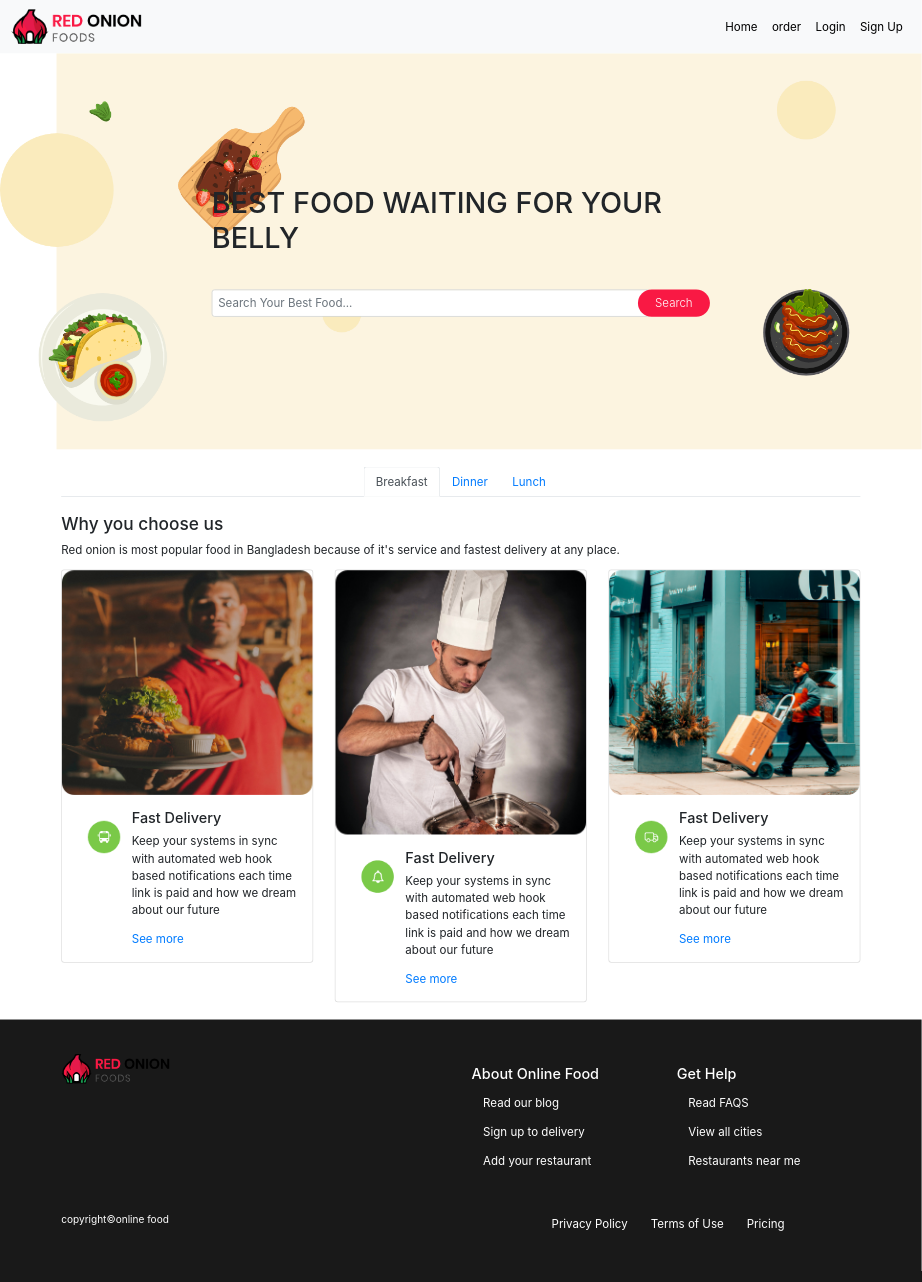
Repository: arif286/red-onion-client
Page: /
The author's editor kept a copy of each file at every save. The page is drawn from the files as they stood at one save, then again after the next save.
The browser window is 1280 px wide. The pictures show the whole page, at 72% of full size.
The page's requests for data from a server got no answer. The project was rebuilt for these pictures with package versions that can differ from the ones it lists, and the page was loaded fresh each time. Some packages were replaced by stand-ins written for this rebuild. No one was signed in, and anything a server would have sent is missing. Also part of the build but not shown: src/App.css, src/components/CheckOut/CheckOut.css, src/components/CheckOut/CheckOutForm/CheckOutFrom.js, src/components/CheckOut/CheckOut.js, src/components/FoodDetails/FoodDetail.css, src/components/FoodDetails/FoodDetail.js, src/components/Food/FoodItem.js, src/components/Order/Order.js and 7 more. Imported but missing from the stored project, and not drawn on this page: src/components/CheckOut/Map/Map.

Above is the page before, as saved 2021-04-07 03:21:30.

### public/index.html
<!DOCTYPE html>
<html lang="en">
  <head>
    <meta charset="utf-8" />
    <link rel="icon" href="%PUBLIC_URL%/favicon.ico" />
    <meta name="viewport" content="width=device-width, initial-scale=1" />
    <meta name="theme-color" content="#000000" />
    <meta
      name="description"
      content="Web site created using create-react-app"
    />
    <link rel="apple-touch-icon" href="%PUBLIC_URL%/logo192.png" />
    <!--
      manifest.json provides metadata used when your web app is installed on a
      user's mobile device or desktop. See https://developers.google.com/web/fundamentals/web-app-manifest/
    -->
    <link rel="manifest" href="%PUBLIC_URL%/manifest.json" />

    <!-- <link
      href="https://api.tiles.mapbox.com/mapbox-gl-js/v2.1.1/mapbox-gl.css"
      rel="stylesheet"
    /> -->
    <!--
      Notice the use of %PUBLIC_URL% in the tags above.
      It will be replaced with the URL of the `public` folder during the build.
      Only files inside the `public` folder can be referenced from the HTML.

      Unlike "/favicon.ico" or "favicon.ico", "%PUBLIC_URL%/favicon.ico" will
      work correctly both with client-side routing and a non-root public URL.
      Learn how to configure a non-root public URL by running `npm run build`.
    -->
    <title>Red Onion</title>
  </head>
  <body>
    <noscript>You need to enable JavaScript to run this app.</noscript>
    <div id="root"></div>
    <!--
      This HTML file is a template.
      If you open it directly in the browser, you will see an empty page.

      You can add webfonts, meta tags, or analytics to this file.
      The build step will place the bundled scripts into the <body> tag.

      To begin the development, run `npm start` or `yarn start`.
      To create a production bundle, use `npm run build` or `yarn build`.
    -->
  </body>
</html>

### src/App.js
import "bootstrap/dist/css/bootstrap.min.css";
import React, { createContext, useState } from "react";
import { BrowserRouter as Router, Route, Switch } from "react-router-dom";
import './App.css';
import CheckOut from "./components/CheckOut/CheckOut";
import FoodDetail from "./components/FoodDetails/FoodDetail";
import Footer from "./components/Footer/Footer";
import Header from "./components/Header/Header";
import Home from './components/Home/Home';
import Order from "./components/Order/Order";
import SingUp from "./components/SingUp/SingUp";


export const UserContext = createContext();
function App() {
  const [loggedInUser, setLoggedInUser] = useState({});
  return (
    <UserContext.Provider value={[loggedInUser, setLoggedInUser]}>
      <Router>
        <Header />
        <Switch>
          <Route path="/home">
            <Home />
          </Route>
          <Route path="/signUp">
            <SingUp />
          </Route>
          <Route path="/food/details/:foodId">
            <FoodDetail />
          </Route>
          <Route path='/checkOut'>
            <CheckOut/>
          </Route>
          <Route path='/order'>
            <Order/>
          </Route>
          <Route exact path="/">
            <Home/>
          </Route>
        </Switch>
        <Footer />
      </Router>
    </UserContext.Provider>
  );

}

export default App;

### src/components/Footer/Footer.js
import React from 'react';
import { NavLink } from 'react-bootstrap';
import Logo from '../../onion-restaurent/logo2.png';
import './Footer.css';

const Footer = () => {
    return (
      <footer>
        <div className="container">
          <div className="row pt-5">
            <div className="col-md-6 col-sm-12 pb-4">
              <img className="footer-img" src={Logo} alt="" />
            </div>
            <div className="col-md-3 col-sm-12 pb-4 mt-3">
              <h5 style={{color:'white'}}>About Online Food</h5>
              <ul className="nav flex-column">

                <li className="nav-item">
                  <NavLink className="nav-link footer-link" to="/">
                    Read our blog
                  </NavLink>
                </li>
                <li className="nav-item">
                  <NavLink className="nav-link footer-link" to="/">
                    Sign up to delivery
                  </NavLink>
                </li>
                <li className="nav-item">
                  <NavLink className="nav-link footer-link" to="/">
                    Add your restaurant
                  </NavLink>
                </li>
              </ul>
            </div>
            <div className="col-md-3 col-sm-12 pb-4 mt-3">
              <h5 style={{color:'white'}}>Get Help</h5>
              <ul className="nav flex-column">
                <li className="nav-item">
                  <NavLink className="nav-link footer-link" to="/">
                    Read FAQS
                  </NavLink>
                </li>
                <li className="nav-item">
                  <NavLink className="nav-link footer-link" to="/">
                    View all cities
                  </NavLink>
                </li>
                <li className="nav-item">
                  <NavLink className="nav-link footer-link" to="/">
                    Restaurants near me
                  </NavLink>
                </li>
              </ul>
            </div>
          </div>

          <div className="row align-items-center mt-4">
            <div className="col-md-7">
              <p className='copy-right'>
                <small>
                  copyright<span>&#169;</span>online food
                </small>
              </p>
            </div>
            <div className="col-md-5">
              <div className='d-flex'>
                <NavLink className="footer-link">Privacy Policy</NavLink>
                <NavLink className="footer-link">Terms of Use</NavLink>
                <NavLink className="footer-link">Pricing</NavLink>
              </div>
            </div>
          </div>
        </div>
      </footer>
    );
};

export default Footer;

### src/components/Header/Header.js
import React from 'react';
import { Nav, Navbar } from 'react-bootstrap';
import { NavLink } from 'react-router-dom';
// import { NavLink } from "react-router-dom";
import logo from '../../onion-restaurent/logo2.png';
import './Header.css';
const Header = () => {

    return (
      <div>
        <Navbar bg="light" expand="lg">
          <Navbar.Brand href="#home">
            <img
              src={logo}
              width="180"
              className="d-inline-block align-top"
              alt="React Bootstrap logo"
            />
          </Navbar.Brand>
          <Navbar.Toggle aria-controls="basic-navbar-nav" />
          <Navbar.Collapse id="basic-navbar-nav">
            <Nav className="ml-auto">
              <NavLink className="header-link" to="/home">
                Home
              </NavLink>
              <NavLink className="header-link" to="/order">
                order
              </NavLink>
              <NavLink className="header-link" to="/login">
                Login
              </NavLink>
              <NavLink className="header-link" to="/signUp">
                Sign Up
              </NavLink>
            </Nav>
          </Navbar.Collapse>
        </Navbar>
      </div>
    );
};

export default Header;

### src/components/Home/Home.js
import React from 'react';
import DeliveryFood from '../DeliveryFood/DeliveryFood';
import Food from '../Food/Food';
import SearchBar from '../SearchBar/SearchBar';

const Home = () => {
    return (
      <>
        <SearchBar/>
        <Food />
        <DeliveryFood />
      </>
    );
};

export default Home;

### src/components/SearchBar/SearchBar.js
import React from 'react';
import { Col, Row } from 'react-bootstrap';
import background from '../../onion-restaurent/bannerbackground.png';
import './SearchBar.css';


const SearchBar = () => {
    const searchBg = {
        bgImage: {
            backgroundImage: `url(${background})`,
            backgroundRepeat: 'no-repeat, repeat',
            width: '100%',
            height: '550px',
            backgroundSize: 'cover'
        },
        submitBtn: {

        },
        searchBar: {
            width: '50%'
        }
    }
    return (
      <div
        className="d-flex justify-content-center align-items-center"
        style={searchBg.bgImage}
      >
          <Row className='justify-content-around'>
            <Col xs={11}>
              <h1 style={{textTransform:'uppercase'}}>Best food waiting for your belly</h1>
              <div className="d-flex mt-5">
                <input
                  className="form-control searchBar"
                  type="text"
                  placeholder="Search Your Best Food..."
                />
                <input className="search-btn" type="submit" value="Search" />
              </div>
            </Col>
          </Row>
      </div>
    );
};

export default SearchBar;

### src/components/Footer/Footer.css
.footer-img {
  width: 150px;
}
footer {
  background-color: #191919;
  padding-bottom: 60px;
}
.footer-link {
  color: white;
}
.footer-link:hover {
  color: #878787;
}
.copy-right {
  color: white;
}

### src/components/Header/Header.css
.header-link {
  color: black;
  display: inline-block;
  padding: 10px;
}
.header-link:hover {
  text-decoration: none;
  color: #777777;
}
.cart-btn {
  border: none;
  background: none;
}

### src/components/DeliveryFood/DeliveryFood.js
import React from 'react';
import { Link } from 'react-router-dom';
import notifications from '../../onion-restaurent/ICON/Group 1133.png';
import deliveryImg from '../../onion-restaurent/ICON/Group 204.png';
import car from '../../onion-restaurent/ICON/Group 245.png';
import burger from '../../onion-restaurent/Image/burger.png';
import cart from '../../onion-restaurent/Image/cart-bear.png';
import chefCook from '../../onion-restaurent/Image/chef-cook.png';


const DeliveryFood = () => {
    return (
      <div className="container mt-4">
        <div>
          <h4>Why you choose us</h4>
          <p>
            Red onion is most popular food in Bangladesh because of it's service
            and fastest delivery at any place.
          </p>
        </div>
        <div className="row row-cols-1 row-cols-md-3 g-4">
          <div className="col pb-4">
            <div className="card">
              <img src={burger} alt="" />
              <div className="d-flex card-body">
                <div className="p-3">
                  <img src={deliveryImg} alt="" />
                </div>
                <div>
                  <h5>Fast Delivery</h5>
                  <p>
                    Keep your systems in sync with automated web hook based
                    notifications each time link is paid and how we dream about
                    our future
                  </p>
                  <Link to='/'>See more</Link>
                </div>
              </div>
            </div>
          </div>
          <div className="col pb-4">
            <div className="card">
              <img src={chefCook} alt="" />
              <div className="d-flex card-body">
                <div className="p-3">
                  <img src={notifications} alt="" />
                </div>
                <div>
                  <h5>Fast Delivery</h5>
                  <p>
                    Keep your systems in sync with automated web hook based
                    notifications each time link is paid and how we dream about
                    our future
                  </p>
                  <Link>See more</Link>
                </div>
              </div>
            </div>
          </div>
          <div className='col pb-4'>
            <div className="card">
              <img src={cart} alt="" />
              <div className="d-flex card-body">
                <div className="p-3">
                  <img src={car} alt="" />
                </div>
                <div>
                  <h5>Fast Delivery</h5>
                  <p>
                    Keep your systems in sync with automated web hook based
                    notifications each time link is paid and how we dream about
                    our future
                  </p>
                  <Link>See more</Link>
                </div>
              </div>
            </div>
          </div>
        </div>
      </div>
    );
};

export default DeliveryFood;

### src/components/Food/Food.js

import axios from "axios";
import React, { useEffect, useState } from "react";
import { Tab, Tabs } from "react-bootstrap";
import { useHistory } from "react-router";
import "./Food.css";
import FoodItem from "./FoodItem";

const Food = () => {
  const [foods, setFoods] = useState([]);
  useEffect(() => {
    axios.get('http://localhost:5000/foods')
      .then(res => setFoods(res.data))
    .catch(err=>console.log(err))
  }, []);
  let history = useHistory()

  const handleFood = (id) => {
    history.push(`/food/details/${id}`)
  }

  return (
    <>
      <div className="container mt-4">
        <Tabs
          className="justify-content-center food-items"
          defaultActiveKey="breakfast"
          id="uncontrolled-tab-example"
        >
          <Tab eventKey="breakfast" title="Breakfast">
            <div className="row row-cols-1 row-cols-md-3 g-4">
              {foods.slice(0, 6).map((food) => (
                <FoodItem
                  handleFood={() => {
                    handleFood(food._id);
                  }}
                  food={food}
                  key={food.id}
                ></FoodItem>
              ))}
            </div>
          </Tab>
          <Tab eventKey="dinner" title="Dinner">
            <div className="row row-cols-1 row-cols-md-3 g-4">
              {foods.slice(6, 12).map((food) => (
                <FoodItem
                  handleFood={() => {
                    handleFood(food._id);
                  }}
                  food={food}
                  key={food.id}
                ></FoodItem>
              ))}
            </div>
          </Tab>
          <Tab eventKey="lunch" title="Lunch">
            <div className="row row-cols-1 row-cols-md-3 g-4">
              {foods.slice(12, 18).map((food) => (
                <FoodItem
                  handleFood={() => {
                    handleFood(food._id);
                  }}
                  food={food}
                  key={food.id}
                ></FoodItem>
              ))}
            </div>
          </Tab>
        </Tabs>
      </div>
    </>
  );
};

export default Food;

### src/components/SearchBar/SearchBar.css
.search-btn {
  outline: none;
  background-color: #f91944;
  display: inline-block;
  width: 100px;
  padding: 7px;
  border-radius: 50px;
  color: white;
  border: none;
  font-weight: 300;
  position: absolute;
  right: 0;
  margin-right: 15px;
}
.searchBar {
  position: relative;
  width: 88%;
  padding: 8px;
}

### src/components/Food/Food.css
.food-items {
  margin-bottom: none;
}

Loaded but not shown: src/index.js (common file); src/index.css (common file); src/reportWebVitals.js (common file)

After the next save:
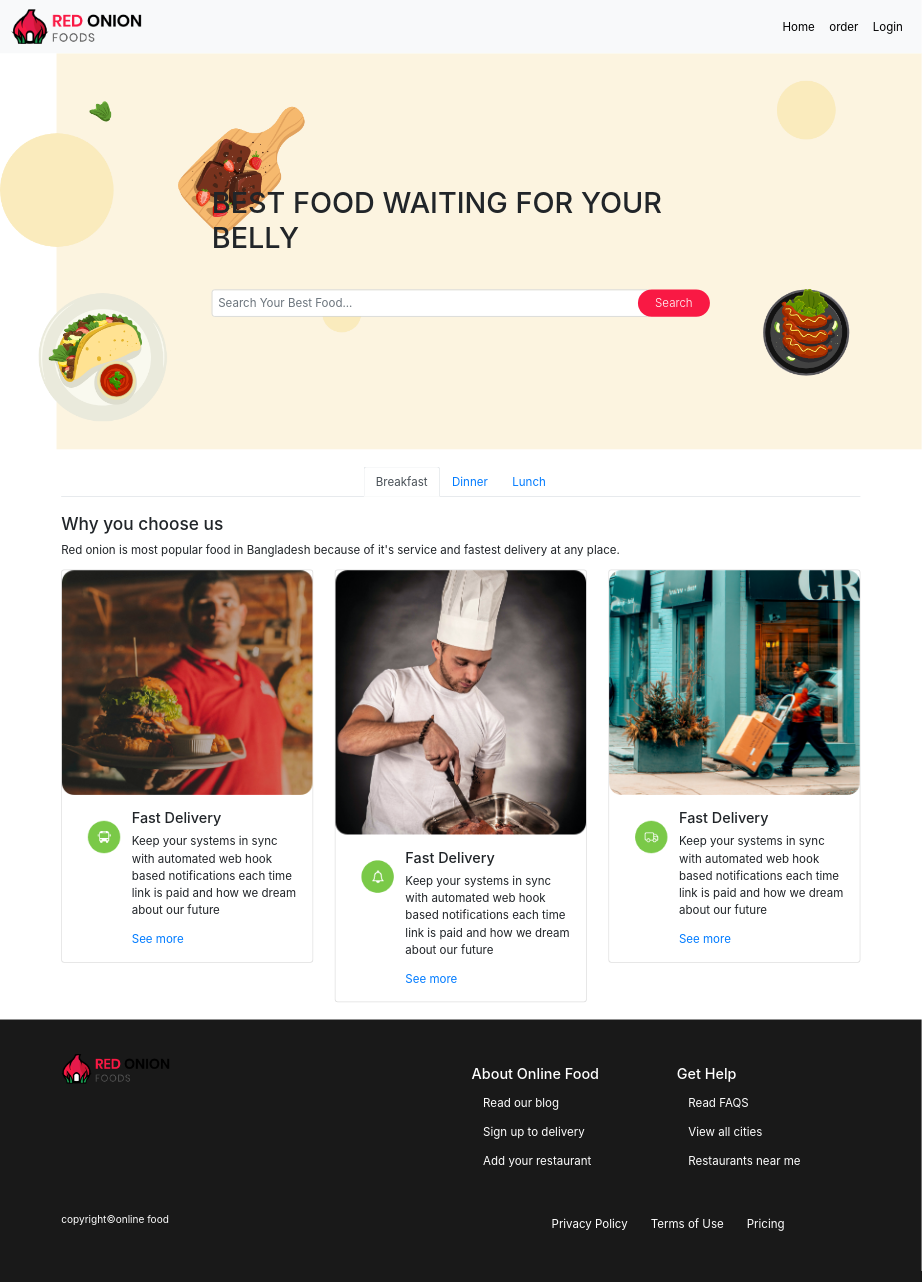
Saved 2 min 3 s later.
--- a/src/components/Header/Header.js
+++ b/src/components/Header/Header.js
@@ -26,11 +26,8 @@ const Header = () => {
               <NavLink className="header-link" to="/order">
                 order
               </NavLink>
-              <NavLink className="header-link" to="/login">
+              <NavLink className="header-link" to="/signUp">
                 Login
-              </NavLink>
-              <NavLink className="header-link" to="/signUp">
-                Sign Up
               </NavLink>
             </Nav>
           </Navbar.Collapse>
